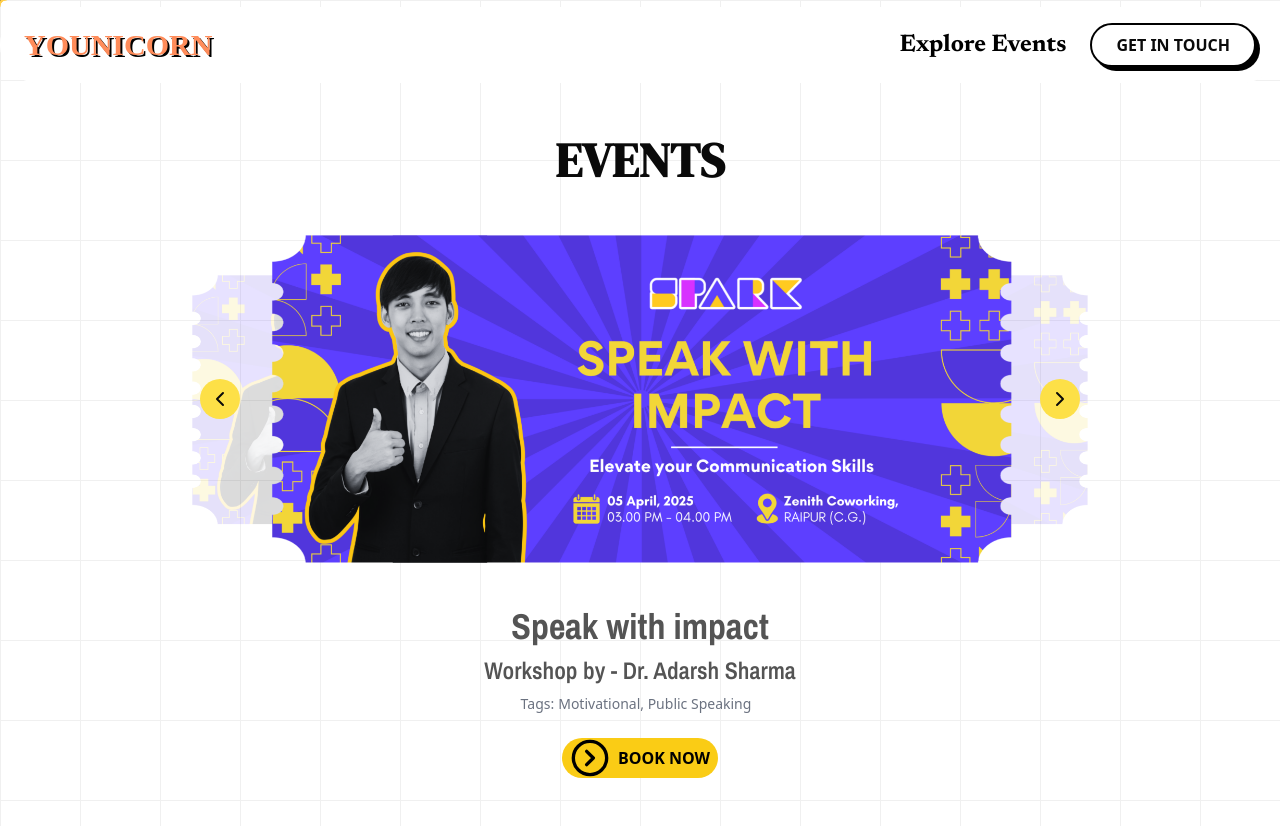
Repository: as-avni/dreamersite
Page: /events
The author's editor kept a copy of each file at every save. The page is drawn from the files as they stood at one save, then again after a run of saves.
The browser window is 1280 px wide. The pictures show the whole page.
Some web fonts or font styles are not loaded; a fallback is used. The project was rebuilt for these pictures with package versions that can differ from the ones it lists, and the page was loaded fresh each time. The framework's server and built-in components were replaced by stand-ins that run in the browser. Also part of the build but not shown: next.config.ts.

Above is the page before, as saved 2025-03-27 17:55:34.

### src/app/layout.tsx

import type { Metadata } from "next";
import { Geist, Geist_Mono } from "next/font/google";
import "./globals.css";
import Header from "@/components/navbar";

const geistSans = Geist({
  variable: "--font-geist-sans",
  subsets: ["latin"],
});

const geistMono = Geist_Mono({
  variable: "--font-geist-mono",
  subsets: ["latin"],
});

export const metadata: Metadata = {
  title: "Younicorn",
  description: "A community of entrepreneurs, aspiring entrepreneurs, leaders and professionals from any industry who come together to gain and give massive exposure to the leaders of tomorrow.",
};

export default function RootLayout({
  children,
}: Readonly<{
  children: React.ReactNode;
}>) {
  return (
    <html lang="en">
      <body className={`${geistSans.variable} ${geistMono.variable}`}>
        <Header />
        {children}
      </body>
    </html>
  );
}

### src/app/events/page.tsx
import CustomCursor from "@/hooks/CustomCursor"
import EventsPage from "./events-page"

export default function Home() {
    return (
        <main className="min-h-screen bg-white font-sans antialiased">
        <CustomCursor />
        <EventsPage />
        </main>
    )
}

### src/app/globals.css
@import url('https://fonts.googleapis.com/css2?family=Anek+Devanagari:wght@100..800&family=Khand:wght@300;400;500;600;700&family=Newsreader:ital,opsz,wght@0,6..72,200..800;1,6..72,200..800&family=Noto+Sans:ital,wght@0,100..900;1,100..900&family=Poppins:ital,wght@0,100;0,200;0,300;0,400;0,500;0,600;0,700;0,800;0,900;1,100;1,200;1,300;1,400;1,500;1,600;1,700;1,800;1,900&family=Rampart+One&display=swap');
@import url('https://fonts.googleapis.com/css2?family=Anek+Devanagari:wght@100..800&family=Archivo+Narrow:ital,wght@0,400..700;1,400..700&family=Khand:wght@300;400;500;600;700&family=Newsreader:ital,opsz,wght@0,6..72,200..800;1,6..72,200..800&family=Noto+Sans:ital,wght@0,100..900;1,100..900&family=Poppins:ital,wght@0,100;0,200;0,300;0,400;0,500;0,600;0,700;0,800;0,900;1,100;1,200;1,300;1,400;1,500;1,600;1,700;1,800;1,900&family=Rampart+One&display=swap');
@import url('https://fonts.googleapis.com/css2?family=Archivo+Narrow:ital,wght@0,400..700;1,400..700&display=swap');

@import url('https://fonts.googleapis.com/css2?family=DM+Serif+Display:ital@0;1&display=swap');


@tailwind base;
@tailwind components;
@tailwind utilities;

html,
body {
  max-width: 100vw;
  overflow-x: hidden;
}

* {
  cursor: none;
}
input, textarea, button, select, a {
  cursor: auto;
}

.blinking-cursor {
  display: inline-block;
  width: 10px;
  height: 5rem; /* Adjust height to match text size */
  vertical-align: middle; /* Align with text */
  animation: blink 0.8s steps(2, start) infinite;
  font-family: 'Courier New', monospace;
}

@keyframes blink {
  50% {
    opacity: 0;
  }
}

body {
  -webkit-font-smoothing: antialiased;
  -moz-osx-font-smoothing: grayscale;

}



* {
  box-sizing: border-box;
  padding: 0;
  margin: 0;
}

a {
  color: inherit;
  text-decoration: none;
}

@media (prefers-color-scheme: dark) {
  html {
    color-scheme: dark;
  }
}

@layer base {
  :root {
    --background: 0 0% 100%;
    --foreground: 0 0% 3.9%;
    --card: 0 0% 100%;
    --card-foreground: 0 0% 3.9%;
    --popover: 0 0% 100%;
    --popover-foreground: 0 0% 3.9%;
    --primary: 0 0% 9%;
    --primary-foreground: 0 0% 98%;
    --secondary: 0 0% 96.1%;
    --secondary-foreground: 0 0% 9%;
    --muted: 0 0% 96.1%;
    --muted-foreground: 0 0% 45.1%;
    --accent: 0 0% 96.1%;
    --accent-foreground: 0 0% 9%;
    --destructive: 0 84.2% 60.2%;
    --destructive-foreground: 0 0% 98%;
    --border: 0 0% 89.8%;
    --input: 0 0% 89.8%;
    --ring: 0 0% 3.9%;
    --chart-1: 12 76% 61%;
    --chart-2: 173 58% 39%;
    --chart-3: 197 37% 24%;
    --chart-4: 43 74% 66%;
    --chart-5: 27 87% 67%;
    --radius: 0.5rem;
  }
  .dark {
    --background: 0 0% 3.9%;
    --foreground: 0 0% 98%;
    --card: 0 0% 3.9%;
    --card-foreground: 0 0% 98%;
    --popover: 0 0% 3.9%;
    --popover-foreground: 0 0% 98%;
    --primary: 0 0% 98%;
    --primary-foreground: 0 0% 9%;
    --secondary: 0 0% 14.9%;
    --secondary-foreground: 0 0% 98%;
    --muted: 0 0% 14.9%;
    --muted-foreground: 0 0% 63.9%;
    --accent: 0 0% 14.9%;
    --accent-foreground: 0 0% 98%;
    --destructive: 0 62.8% 30.6%;
    --destructive-foreground: 0 0% 98%;
    --border: 0 0% 14.9%;
    --input: 0 0% 14.9%;
    --ring: 0 0% 83.1%;
    --chart-1: 220 70% 50%;
    --chart-2: 160 60% 45%;
    --chart-3: 30 80% 55%;
    --chart-4: 280 65% 60%;
    --chart-5: 340 75% 55%;
  }
}

@layer base {
  * {
    @apply border-border;
  }
  body {
    @apply bg-background text-foreground;
  }
}

### src/components/navbar.tsx
"use client";

import { useState } from "react";
import Link from "next/link";

export default function Header() {
  const [isOpen, setIsOpen] = useState(false);

  return (
    <header className="w-full py-4 px-6 flex items-center fixed justify-between top-[1%] z-50 bg-white bg-opacity-100 backdrop-blur-md rounded-full">
      {/* Logo */}
      <div className="flex-shrink-0">
        <Link href="/">
          <span
            className="text-3xl font-extrabold tracking-normal"
            style={{
              color: "#FF8C5A",
              textShadow: "2px 2px 0 #000",
              fontFamily: "Rampart One, cursive",
            }}
          >
            YOUNICORN
          </span>
        </Link>
      </div>

      {/* Mobile Menu Toggle */}
      <button
        className="md:hidden text-3xl"
        onClick={() => setIsOpen(!isOpen)}
      >
        ☰
      </button>

      {/* Navigation Links */}
      <div
        className={`flex flex-col md:flex-row items-center gap-6 ${
          isOpen ? "block" : "hidden md:flex"
        } absolute md:static top-16 left-0 w-full md:w-auto bg-white md:bg-transparent shadow-md md:shadow-none rounded-lg md:rounded-none p-4 md:p-0`}
      >
        <div className="flex flex-col md:flex-row items-center gap-4 md:gap-6 w-full md:w-auto space-y-4 md:space-y-0">
          <Link
            href="/events"
            className="font-bold text-2xl/7 text-black font-newsreader"
          >
            Explore Events
          </Link>

          <Link href="/contact">
            <div className="relative group">
              <div className="absolute inset-0 bg-black rounded-full translate-x-1 translate-y-1"></div>
              <button className="relative bg-white border-2 border-black rounded-full px-6 py-2 font-bold transition-transform group-hover:-translate-x-0.5 group-hover:-translate-y-0.5">
                GET IN TOUCH
              </button>
            </div>
          </Link>
        </div>
      </div>
    </header>
  );
}

### src/hooks/CustomCursor.tsx
"use client";

import { useEffect, useState } from "react";
import Image from "next/image";

export default function CustomCursor() {
  const [position, setPosition] = useState<{ x: number; y: number }>({ x: 0, y: 0 });

  useEffect(() => {
    const moveCursor = (e: MouseEvent) => {
      setPosition({ x: e.clientX, y: e.clientY });
    };

    window.addEventListener("mousemove", moveCursor);
    return () => window.removeEventListener("mousemove", moveCursor);
  }, []);

  return (
    <div
      style={{
        position: "fixed",  // Changed from "absolute" to "fixed"
        top: `${position.y}px`,
        left: `${position.x}px`,
        transform: "translate(-50%, -50%)",
        pointerEvents: "none",
        zIndex: 9999,  // Ensures it's above all elements
      }}
    >
      <Image src="/cursor.png" alt="Custom Cursor" width={40} height={40} />
    </div>
  );
}

### src/app/events/events-page.tsx
"use client"

import { useState } from "react"
import { ArrowRight, ChevronLeft, ChevronRight, ChevronRightCircle } from "lucide-react"
import Image from "next/image"
// import Link from "next/link"

// Event data
const events = [
{
    id: 1,
    image: "/images/event-ticket.png",
    title: "Speak with impact",
    presenter: "Dr. Adarsh Sharma",
    tags: ["Motivational", "Public Speaking"],
},
{
    id: 2,
    image: "/images/event-ticket.png",
    title: "Design Thinking Workshop",
    presenter: "Sarah Johnson",
    tags: ["Design", "Innovation"],
},
{
    id: 3,
    image: "/images/event-ticket.png",
    title: "Startup Funding Masterclass",
    presenter: "Michael Chen",
    tags: ["Business", "Finance"],
},
]

export default function EventsPage() {
const [currentIndex, setCurrentIndex] = useState(0)
const currentEvent = events[currentIndex]

const goToPrevious = () => {
    const isFirstSlide = currentIndex === 0
    const newIndex = isFirstSlide ? events.length - 1 : currentIndex - 1
    setCurrentIndex(newIndex)
}

const goToNext = () => {
    const isLastSlide = currentIndex === events.length - 1
    const newIndex = isLastSlide ? 0 : currentIndex + 1
    setCurrentIndex(newIndex)
}

return (
    <div className="min-h-screen bg-white bg-[linear-gradient(#f0f0f0_1px,transparent_1px),linear-gradient(90deg,#f0f0f0_1px,transparent_1px)] bg-[size:80px_80px] flex flex-col items-center px-4 py-8">


    {/* Events Heading */}8
    <h1 className="text-5xl font-bold mt-20 font-dmSerif">EVENTS</h1>

    {/* Event Carousel */}
    <div className="w-full max-w-4xl relative mb-8 my-10">
        {/* Navigation Arrows */}
        <button
        onClick={goToPrevious}
        className="absolute left-2 top-1/2 -translate-y-1/2 bg-yellow-300 rounded-full p-2 z-10 hover:bg-yellow-400 transition-colors"
        >
        <ChevronLeft className="h-6 w-6" />
        </button>
        <button
        onClick={goToNext}
        className="absolute right-2 top-1/2 -translate-y-1/2 bg-yellow-300 rounded-full p-2 z-10 hover:bg-yellow-400 transition-colors"
        >
        <ChevronRight className="h-6 w-6" />
        </button>

        {/* Event Ticket/Banner Image */}
        <div className="w-full h-[350px] rounded-2xl overflow-hidden">
            <Image
                src={currentEvent.image || "/placeholder.svg"}
                alt={currentEvent.title}
                width={800}
                height={220}
                className="w-full h-full object-contain"
            />
        </div>
    </div>

    {/* Event Details - Changes based on current carousel item */}
    <div className="text-center mb-4">
        <h2 className="text-4xl font-bold font-archivenarrow text-[#545454] tracking-normal mb-2">{currentEvent.title}</h2>
        <p className="text-2xl font-archivenarrow text-[#545454] font-semibold mb-2">Workshop by - {currentEvent.presenter}</p>

        <div className="flex justify-center items-center mb-6">
        <div className="inline-flex items-center">
            <span className="text-sm text-gray-500">Tags: </span>
            <span className="text-sm text-gray-500 ml-1">{currentEvent.tags.join(", ")}</span>
        </div>
        <div className="ml-2 text-yellow-500">
            {/* <svg width="16" height="16" viewBox="0 0 24 24" fill="none" xmlns="http://www.w3.org/2000/svg"> */}
            {/* <path d="M12 3L20 10L12 17L4 10L12 3Z" fill="currentColor" /> */}
            {/* </svg> */}
        </div>
        </div>

        <button className="bg-yellow-400 text-black px-2 rounded-full font-bold flex items-center mx-auto hover:bg-yellow-500 transition-colors">
        <div className=" mr-2 rounded-full">
            <ChevronRightCircle className="h-10 w-10" />
        </div>
        <span className="">BOOK NOW</span>
        </button>
    </div>
    </div>
)
}

### tailwind.config.js
/** @type {import('tailwindcss').Config} */
module.exports = {
    darkMode: ["class"],
    content: [
    "./app/**/*.{js,ts,jsx,tsx,mdx}",
    "./pages/**/*.{js,ts,jsx,tsx,mdx}",
    "./components/**/*.{js,ts,jsx,tsx,mdx}",
    "./src/**/*.{js,ts,jsx,tsx,mdx}",
],
	theme: {
		extend: {
			fontFamily: {
				poppins: [
					'Poppins',
					'sans-serif'
				],
				notosans: [
					'Noto Sans',
					'sans-serif'
				],
				rampartone: [
					'Rampart One',
					'cursive'
				],
				newsreader: [
					'Newsreader',
					'serif'
				],
				pacifico: [
					'Pacifico',
					'cursive'
				],
				dmSerif: [
					'DM Serif Display',
					"serif"
				],
				archivenarrow: [
					'Archivo Narrow',
					'sans-serif'
				]
			},
			borderRadius: {
				lg: 'var(--radius)',
				md: 'calc(var(--radius) - 2px)',
				sm: 'calc(var(--radius) - 4px)'
			},
			colors: {
				background: 'hsl(var(--background))',
				foreground: 'hsl(var(--foreground))',
				card: {
					DEFAULT: 'hsl(var(--card))',
					foreground: 'hsl(var(--card-foreground))'
				},
				popover: {
					DEFAULT: 'hsl(var(--popover))',
					foreground: 'hsl(var(--popover-foreground))'
				},
				primary: {
					DEFAULT: 'hsl(var(--primary))',
					foreground: 'hsl(var(--primary-foreground))'
				},
				secondary: {
					DEFAULT: 'hsl(var(--secondary))',
					foreground: 'hsl(var(--secondary-foreground))'
				},
				muted: {
					DEFAULT: 'hsl(var(--muted))',
					foreground: 'hsl(var(--muted-foreground))'
				},
				accent: {
					DEFAULT: 'hsl(var(--accent))',
					foreground: 'hsl(var(--accent-foreground))'
				},
				destructive: {
					DEFAULT: 'hsl(var(--destructive))',
					foreground: 'hsl(var(--destructive-foreground))'
				},
				border: 'hsl(var(--border))',
				input: 'hsl(var(--input))',
				ring: 'hsl(var(--ring))',
				chart: {
					'1': 'hsl(var(--chart-1))',
					'2': 'hsl(var(--chart-2))',
					'3': 'hsl(var(--chart-3))',
					'4': 'hsl(var(--chart-4))',
					'5': 'hsl(var(--chart-5))'
				}
			}
		}
	},
	plugins: [import("tailwindcss-animate")],
	}

After the next 6 saves:
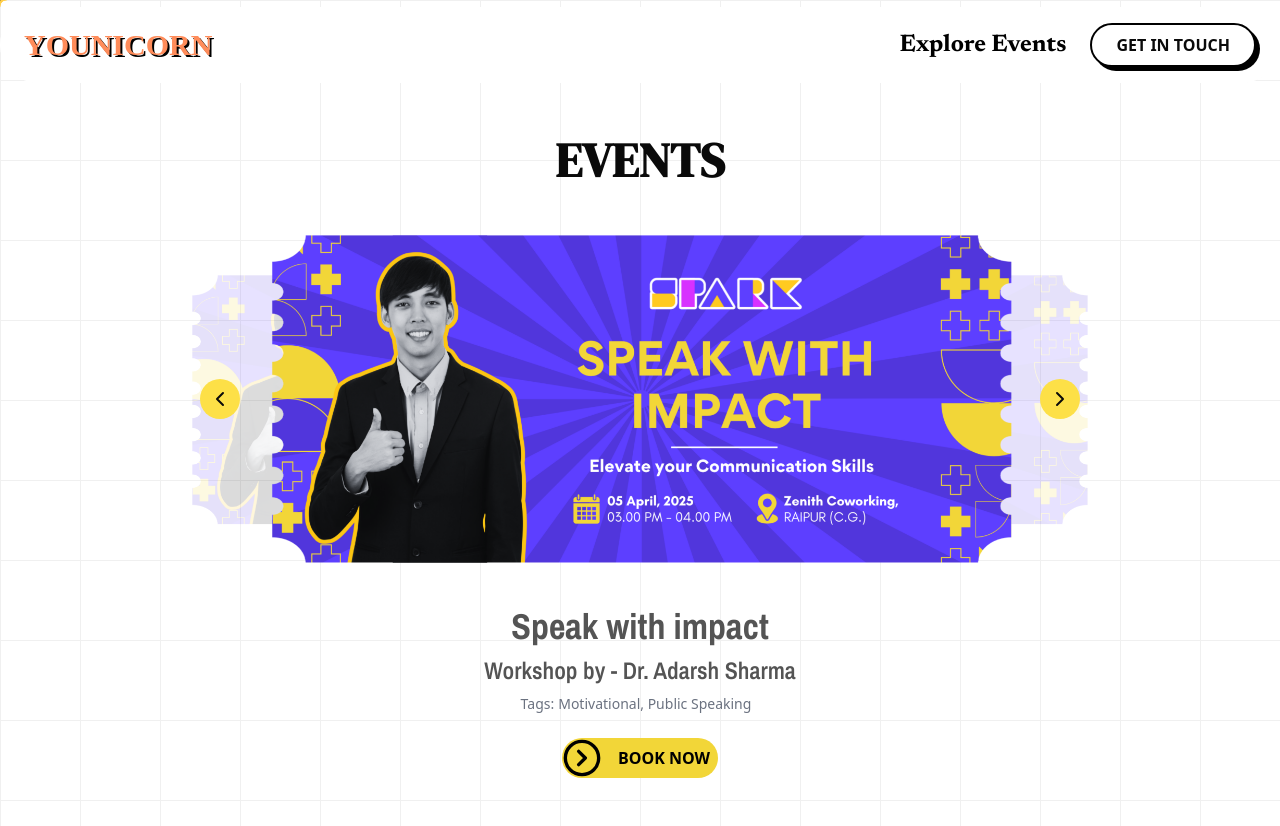
The 6 saves are shown as one change because they came seconds apart.
The last was saved 12 s later.
--- a/src/app/events/events-page.tsx
+++ b/src/app/events/events-page.tsx
@@ -98,11 +98,11 @@ return (
         </div>
         </div>
 
-        <button className="bg-yellow-400 text-black px-2 rounded-full font-bold flex items-center mx-auto hover:bg-yellow-500 transition-colors">
+        <button className="bg-[#f2d638] text-black rounded-full font-bold flex items-center mx-auto hover:bg-yellow-500 transition-colors">
         <div className=" mr-2 rounded-full">
             <ChevronRightCircle className="h-10 w-10" />
         </div>
-        <span className="">BOOK NOW</span>
+        <span className="px-2">BOOK NOW</span>
         </button>
     </div>
     </div>
